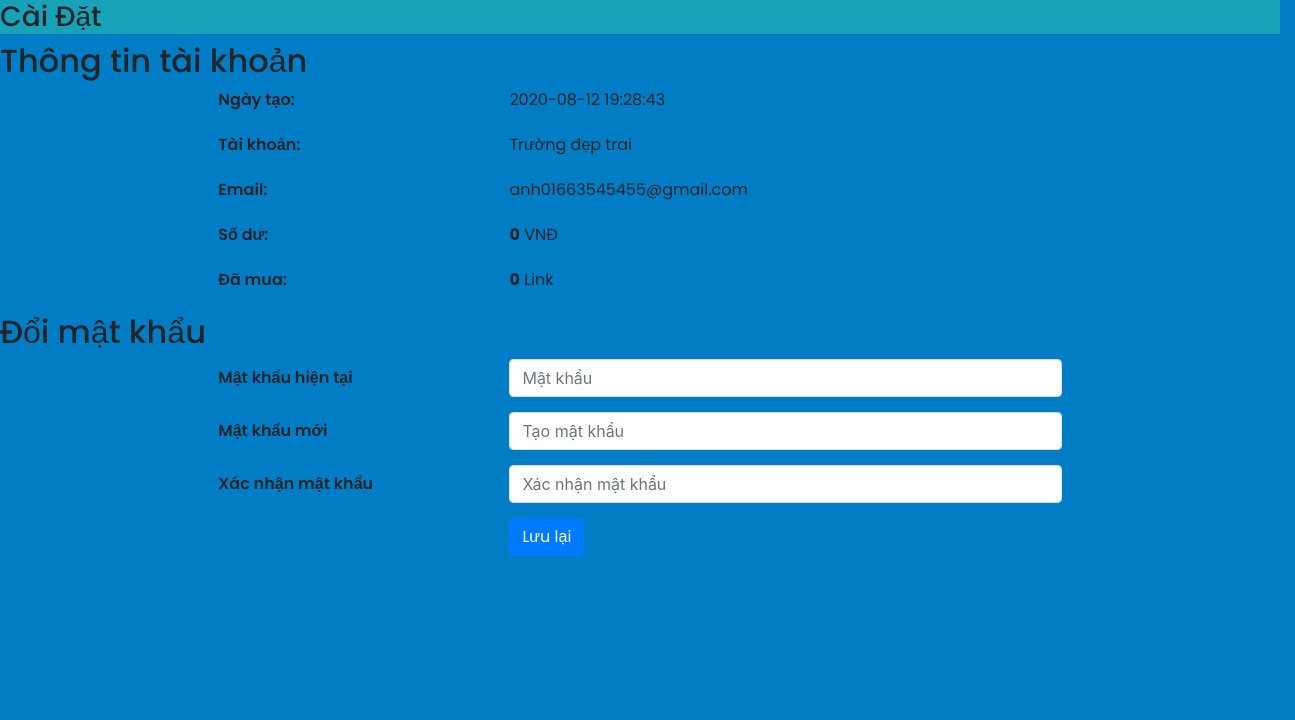
Repository: Chuong1928/Java_Web
Page: http://localhost/test1/profile.jsp
The author's editor kept a copy of each file at every save. The page is drawn from the files as they stood at one save, then again after the next save.
The browser window is 1280 px wide. The page is 1295 px wide, then 1280 px, so the pictures cover 1295 px, including what lies to the right of the window. The pictures show the whole page.
The page is served by Tomcat 9. Other server files are loaded and not shown.

Above is the page before, as saved 2020-11-18 16:36:56.

### test1/WebContent/profile.jsp
<%@page import="java.util.Random"%>
<%@page import="bo.Giohangbo"%>
<%@page import="bean.loaibean"%>
<%@page import="bo.loaibo"%>
<%@page import="bean.sachbean"%>
<%@page import="java.util.ArrayList"%>
<%@page import="bo.sachbo"%>
<%@ page language="java" contentType="text/html; charset=UTF-8"
    pageEncoding="UTF-8"%>
<!DOCTYPE html>
<html>
<head>
    <meta charset="utf-8">
    <meta name="viewport" content="width=device-width, initial-scale=1.0">
    <meta http-equiv="X-UA-Compatible" content="IE=edge">
      <title>MinhKhai Búc</title>
  <meta charset="utf-8">
  <meta name="viewport" content="width=device-width, initial-scale=1">
  <!-- Import Boostrap css, js, font awesome here -->
   <link rel="stylesheet" href="https://cdnjs.cloudflare.com/ajax/libs/twitter-bootstrap/4.1.3/css/bootstrap.min.css">
    <link rel="stylesheet" href="https://cdnjs.cloudflare.com/ajax/libs/font-awesome/4.7.0/css/font-awesome.min.css">
<script src="https://ajax.googleapis.com/ajax/libs/jquery/3.4.1/jquery.min.js"></script>
    <!-- Bootstrap JS -->
    <link href="https://fonts.googleapis.com/css2?family=Lato:wght@300&display=swap" rel="stylesheet">
  <link href="vendor/fontawesome-free/css/all.min.css" rel="stylesheet" type="text/css">
    <link href="./css/home1.css" rel="stylesheet">
<script type="text/javascript" src="./js/script.js"></script>
 <link rel="stylesheet" href="https://maxcdn.bootstrapcdn.com/bootstrap/4.3.1/css/bootstrap.min.css">
 <link href="https://cdnjs.cloudflare.com/ajax/libs/simple-line-icons/2.4.1/css/simple-line-icons.min.css" rel="stylesheet">
  <link rel="stylesheet" href="./css/home3.css">
   <link rel="stylesheet" href="css/minhkhai_style.css">
    <link rel="stylesheet" href="css/login.css">
     <link rel="stylesheet" href="css/login.css">
</head>
<body>
 <div class="block block-rounded block-themed block-fx-pop profile">
                    <div class="block-header bg-info">
                        <h3 class="block-title">Cài Đặt</h3>
                        <div class="block-options">

                        </div>
                    </div>
                    <div class="block-content">

                        <h2 class="content-heading">Thông tin tài khoản</h2>
                            <div class="row">
                                <div class="offset-2 col-lg-8">
                                    <div class="form-group row">
                                        <label class="col-sm-4">Ngày tạo:</label>
                                        <div class="col-sm-8">
                                            <span>2020-08-12 19:28:43</span>
                                        </div>
                                    </div>
                                    <div class="form-group row">
                                        <label class="col-sm-4">Tài khoản:</label>
                                        <div class="col-sm-8">
                                            <span>Trường đẹp trai</span>
                                        </div>
                                    </div>
                                    <div class="form-group row">
                                        <label class="col-sm-4">Email:</label>
                                        <div class="col-sm-8">
                                            <span>anh01663545455@gmail.com</span>
                                        </div>
                                    </div>
                                    <div class="form-group row">
                                        <label class="col-sm-4">Số dư:</label>
                                        <div class="col-sm-8">
                                            <span><strong>0</strong> VNĐ</span>
                                        </div>
                                    </div>
                                    <div class="form-group row">
                                        <label class="col-sm-4">Đã mua:</label>
                                        <div class="col-sm-8">
                                            <span><strong>0</strong> Link</span>
                                        </div>
                                    </div>
                                </div>
                            </div>

                        <h2 class="content-heading">Đổi mật khẩu</h2>
                            <div class="row">
                                <div class="offset-2 col-lg-8">
                                    <form class="mb-5" action="https://muabanfb24h.com/doi-mat-khau" method="POST">
                                        <input type="hidden" name="_token" value="GcaCQh1727dNSpEjws8mQzGmKeDOwqsdELOK1Hnq">                                        <div class="form-group row">
                                            <label class="col-sm-4 col-form-label">Mật khẩu hiện tại</label>
                                            <div class="col-sm-8">
                                                <input type="password" class="form-control " name="current_password" placeholder="Mật khẩu">
                                              </div>
                                        </div>
                                        <div class="form-group row">
                                            <label class="col-sm-4 col-form-label">Mật khẩu mới</label>
                                            <div class="col-sm-8">
                                                <input type="password" class="form-control " name="password" placeholder="Tạo mật khẩu">
                                               </div>
                                        </div>
                                        <div class="form-group row">
                                            <label class="col-sm-4 col-form-label">Xác nhận mật khẩu</label>
                                            <div class="col-sm-8">
                                                <input type="password" class="form-control " name="password_confirmation" placeholder="Xác nhận mật khẩu">
                                              </div>
                                        </div>
                                        <div class="form-group row">
                                            <div class="col-sm-8 ml-auto">
                                                <button type="submit" class="btn btn-primary">Lưu lại</button>
                                            </div>
                                        </div>
                                    </form>
                                </div>
                            </div>
                    </div>
                </div>
</body>
</html>

### test1/WebContent/css/home1.css
body {
	    margin: 0;
    overflow-x: hidden;
    font-size: 14px;
    font-weight: 300;
  font-family: "Lato", sans-serif;
  background-color: #007dc4 !important;
}
.main{
    margin-top: 10px;
    background-color: #fff;
    border-radius: 10px;
}
/* Remove unde
a:hover {
  text-decoration: none;
}
/* Remove Bootstrap button outline */
button .focus,
a .focus {
  outline: 0;
  -webkit-box-shadow: none !important;
  box-shadow: none !important;
}
button:focus,
a:focus {
  outline: 0;
  -webkit-box-shadow: none !important;
  box-shadow: none !important;
}

*, *::after, *::before {
  box-sizing: border-box;
}
.nav-open main {
  transform: scale(.8);
}



h1 {
  display: table-cell;
  vertical-align: middle;
  text-align: center;
  font-size: 45px;
  color: white;
}

body {
  text-align: center;

}

.button {
  display: inline-block;
  background: #4285f4;
  color: #fff;
  text-transform: uppercase;
  padding: 20px 30px;
  border-radius: 5px;
  box-shadow: 0px 17px 10px -10px rgba(0, 0, 0, 0.4);
  cursor: pointer;
  -webkit-transition: all ease-in-out 300ms;
  transition: all ease-in-out 300ms;
}
.button:hover {
  box-shadow: 0px 37px 20px -20px rgba(0, 0, 0, 0.2);
  -webkit-transform: translate(0px, -10px) scale(1.2);
          transform: translate(0px, -10px) scale(1.2);
}
@media only screen and (max-width: 480px){
		.digits{
				height: 12%;
		}
		.anime_2020{

		}
		.digit{
			width: 40px;
		}
		.card{
			display: none;
		}



		.content{
			    left: 5px;
			    position: relative;
			    top: 0px;
		}
		.w3-dropdown-click{

		}
		.colors {
		display: none;
		}
		#jquery-accordion-menu{
		/*	position: relative;
    top: -215px;*/
		}
}
@media only screen and (max-width: 768px){



		.menu_main{
			display: none;
		}
		.card{
			display: none;
		}
		.content {
		    width: 260px;
		     margin: 0 !important;
		}

}

@media (min-width: 768px) and (max-width: 1024px) {
		.menu_main{
			padding: 0;
			margin: 0;
		}


		.card{
			display: none;
		}
		.mynavbar{
				display: none;
			}
		.menu_main{
			overflow: scroll;
    display: block;
		}
		.content {
		    width: 260px;
		    margin: 0 !important;
		}
		.main{

		}
		.digits{

		}
		.digit{
			width: 40px;
		}
		.anime_2020{
		position: relative;
   	 left: 115px;
		}

}
@media only screen and (min-width: 1024px){
	.menu_main{
			padding: 0;
			margin: 0;
		}
	.mynavbar{
		display: none;
	}
	.card{
			display: none;
		}

}
.w3-section a{
	    line-height: 50px;
    display: block;
}
.prf :hover {
	  background-color: yellow;
    outline-width: 0;
    border-radius: 25px;
}

.card-body{
	padding: 0;
}
.w3-dropdown-click:hover {
   background-color: #343a40 !important;
}
.title_m {
    position: relative;
    left: -17%;
    color: aliceblue;
    /* top: 23%; */
    top: 6px;
}

### test1/WebContent/css/login.css
.login_form_wrapper {
    float: left;
    width: 100%;
    background-color: grey
}

.login_wrapper {
    padding-bottom: 20px;
    margin-bottom: 20px;
    border-bottom: 1px solid #e4e4e4;
    float: left;
    width: 100%;
    background: #fff;
    padding: 50px
}

.login_wrapper a.btn {
    color: #fff;
    width: 100%;
    height: 50px;
    padding: 6px 25px;
    line-height: 36px;
    margin-bottom: 20px;
    text-align: left;
    border-radius: 5px;
    background: #4385f5;
    font-size: 13px;
    border: 1px solid #4385f5
}

.login_wrapper a i {
    float: right;
    margin: 0;
    line-height: 35px
}

.login_wrapper a.google-plus {
    background: #db4c3e;
    border: 1px solid #db4c3e
}

.login_wrapper h2 {
    font-size: 18px;
    font-weight: 500;
    margin-bottom: 20px;
    color: #111;
    line-height: 20px;
    text-transform: uppercase;
    text-align: center;
    position: relative
}

.login_wrapper .formsix-pos,
.formsix-e {
    position: relative
}

.form-group {
    margin-bottom: 15px
}

.login_wrapper .form-control {
    height: 53px;
    padding: 15px 20px;
    font-size: 14px;
    line-height: 24px;
    border: 1px solid #fafafa;
    border-radius: 3px;
    box-shadow: none;
    font-family: 'Roboto';
    -webkit-transition: all 0.3s ease 0s;
    -moz-transition: all 0.3s ease 0s;
    -o-transition: all 0.3s ease 0s;
    transition: all 0.3s ease 0s;
    background-color: #fafafa
}

.login_wrapper .form-control:focus {
    color: #999;
    background-color: fafafa;
    border: 1px solid #4285f4 !important
}

.login_remember_box {
    margin-top: 30px;
    margin-bottom: 30px;
    color: #999
}

.login_remember_box .control {
    position: relative;
    padding-left: 20px;
    cursor: pointer;
    font-size: 12px;
    font-weight: 500;
    margin: 0
}

.login_remember_box .control input {
    position: absolute;
    z-index: -1;
    opacity: 0
}

.login_remember_box .control__indicator {
    position: absolute;
    top: 0;
    left: 0;
    width: 15px;
    height: 15px;
    background: #fff;
    border: 1px solid #999
}

.login_remember_box .forget_password {
    float: right;
    color: #db4c3e;
    line-height: 12px;
    text-decoration: underline
}

.login_btn_wrapper {
    padding-bottom: 20px;
    margin-bottom: 30px;
    border-bottom: 1px solid #e4e4e4
}

.login_btn_wrapper a.login_btn {
    text-align: center;
    text-transform: uppercase
}

.login_message p {
    text-align: center;
    font-size: 16px;
    margin: 0
}

p {
    color: #999999;
    font-size: 14px;
    line-height: 24px
}

.login_wrapper a.login_btn:hover {
    background-color: #2c6ad4;
    border-color: #2c6ad4
}

.login_wrapper a.btn:hover {
    background-color: #2c6ad4;
    border-color: #2c6ad4
}

.login_wrapper a.google-plus:hover {
    background: #bd4033;
    border-color: #bd4033
}

.registration-form{
	padding: 50px 0;
}

.registration-form form{
    background-color: #fff;
    max-width: 600px;
    margin: auto;
    padding: 50px 70px;
    border-top-left-radius: 30px;
    border-top-right-radius: 30px;
    box-shadow: 0px 2px 10px rgba(0, 0, 0, 0.075);
}

.registration-form .form-icon{
	text-align: center;
    background-color: #5891ff;
    border-radius: 50%;
    font-size: 40px;
    color: white;
    width: 100px;
    height: 100px;
    margin: auto;
    margin-bottom: 50px;
    line-height: 100px;
}

.registration-form .item{
	border-radius: 20px;
    margin-bottom: 25px;
    padding: 10px 20px;
}

.registration-form .create-account{
    border-radius: 30px;
    padding: 10px 20px;
    font-size: 18px;
    font-weight: bold;
    background-color: #5791ff;
    border: none;
    color: white;
    margin-top: 20px;
}

.registration-form .social-media{
    max-width: 600px;
    background-color: #fff;
    margin: auto;
    padding: 35px 0;
    text-align: center;
    border-bottom-left-radius: 30px;
    border-bottom-right-radius: 30px;
    color: #9fadca;
    border-top: 1px solid #dee9ff;
    box-shadow: 0px 2px 10px rgba(0, 0, 0, 0.075);
}

.registration-form .social-icons{
    margin-top: 30px;
    margin-bottom: 16px;
}

.registration-form .social-icons a{
    font-size: 23px;
    margin: 0 3px;
    color: #5691ff;
    border: 1px solid;
    border-radius: 50%;
    width: 45px;
    display: inline-block;
    height: 45px;
    text-align: center;
    background-color: #fff;
    line-height: 45px;
}

.registration-form .social-icons a:hover{
    text-decoration: none;
    opacity: 0.6;
}

@media (max-width: 576px) {
    .registration-form form{
        padding: 50px 20px;
    }

    .registration-form .form-icon{
        width: 70px;
        height: 70px;
        font-size: 30px;
        line-height: 70px;
    }
}

### test1/WebContent/css/profile.css
/*.profile{
	display: none;
}*/
.block.block-fx-pop {
    box-shadow: 0 0.5rem 2rem #d8dfed;
    opacity: 1;
}
.block.block-rounded {
    border-radius: .25rem;

}
@media (min-width: 768px)
.content .block, .content .items-push>div, .content .push, .content p {
    margin-bottom: 1rem;
}
.content .block, .content .items-push>div, .content .push, .content p {
    margin-bottom: .875rem;
}
.block {
    margin-bottom: 1rem;
    background-color: #fff;
    box-shadow: 0 2px 6px rgba(230,235,244,.4);
}
.block.block-themed>.block-header {
    border-bottom: none;
    color: #fff;
    background-color: #0665d0;
}
.block.block-rounded>.block-header, .block.block-rounded>.nav-tabs {
    border-top-left-radius: .2rem;
    border-top-right-radius: .2rem;
}
.block-header {
    display: -webkit-box;
    display: flex;
    -webkit-box-orient: horizontal;
    -webkit-box-direction: normal;
    flex-direction: row;
    -webkit-box-pack: justify;
    justify-content: space-between;
    -webkit-box-align: center;
    align-items: center;
    padding: .75rem 1.25rem;
    -webkit-transition: opacity .25s ease-out;
    transition: opacity .25s ease-out;
}
.bg-info {
    background-color: #3c90df!important;
}
.block.block-themed>.block-header>.block-title {
    color: hsla(0,0%,100%,.9);
}
.block-title {
    -webkit-box-flex: 1;
    flex: 1 1 auto;
    min-height: 1.75rem;
    margin: 0;
    font-size: 1.125rem;
    font-weight: 400;
    line-height: 1.75;
}
.block.block-rounded>.block-content:last-child {
    border-bottom-right-radius: .2rem;
    border-bottom-left-radius: .2rem;
}
.block-content {
    -webkit-transition: opacity .25s ease-out;
    transition: opacity .25s ease-out;
    width: 100%;
    margin: 0 auto;
    padding: 1.25rem 1.25rem 1px;
    overflow-x: visible;
}
#main-container {
    -webkit-box-orient: vertical;
    -webkit-box-direction: normal;
    flex-direction: column;
    -webkit-box-flex: 1;
    flex: 1 0 auto;
    max-width: 100%;
}
#page-container {
    display: -webkit-box;
    display: flex;
    -webkit-box-orient: vertical;
    -webkit-box-direction: normal;
    flex-direction: column;
    margin: 0 auto;
    width: 100%;
    height: 100%;
    min-width: 320px;
}
.block-content>.content-heading:first-child, .content>.content-heading:first-child {
    padding-top: 0!important;
}
@media (min-width: 768px)
.content-heading {
    margin-bottom: 1rem;
    padding-top: 1.5rem;
}
.content-heading {
    margin-bottom: .875rem;
    padding-top: 1rem;
    padding-bottom: .5rem;
    font-size: 1.25rem;
    font-weight: 400;
    line-height: 1.75;
    border-bottom: 1px solid #e6ebf4;
}
.offset-2 {
    margin-left: 16.6666666667%;
}
.form-group {
    margin-bottom: 1rem;
}
@media (min-width: 576px)
.col-sm-8 {
    -webkit-box-flex: 0;
    flex: 0 0 66.6666666667%;
    max-width: 66.6666666667%;
}
@media (min-width: 768px)
.content-heading {
    margin-bottom: 1rem;
    padding-top: 1.5rem;
}
.content-heading {
    margin-bottom: .875rem;
    padding-top: 1rem;
    padding-bottom: .5rem;
    font-size: 1.25rem;
    font-weight: 400;
    line-height: 1.75;
    border-bottom: 1px solid #e6ebf4;
}
button, input {
    overflow: visible;
}
button, input, optgroup, select, textarea {
    margin: 0;
    font-family: inherit;
    font-size: inherit;
    line-height: inherit;
}
.col-form-label {
    padding-top: calc(.375rem + 1px);
    padding-bottom: calc(.375rem + 1px);
    margin-bottom: 0;
    font-size: inherit;
    line-height: 1.5;
}
.form-control {
    font-family: Nunito Sans,-apple-system,BlinkMacSystemFont,Segoe UI,Roboto,Helvetica Neue,Arial,Noto Sans,sans-serif,Apple Color Emoji,Segoe UI Emoji,Segoe UI Symbol,Noto Color Emoji;
}
@media (prefers-reduced-motion: reduce)
.form-control {
    -webkit-transition: none;
    transition: none;
}
.form-control {
    display: block;
    width: 100%;
    height: calc(1.5em + .75rem + 2px);
    padding: .375rem .75rem;
    font-size: 1rem;
    font-weight: 400;
    line-height: 1.5;
    color: #495057;
    background-color: #fff;
    background-clip: padding-box;
    border: 1px solid #d8dfed;
    border-radius: .25rem;
    -webkit-transition: border-color .15s ease-in-out,box-shadow .15s ease-in-out;
    transition: border-color .15s ease-in-out,box-shadow .15s ease-in-out;
}
.col-form-label {
    padding-top: calc(.375rem + 1px);
    padding-bottom: calc(.375rem + 1px);
    margin-bottom: 0;
    font-size: inherit;
    line-height: 1.5;
}
[type=button]:not(:disabled), [type=reset]:not(:disabled), [type=submit]:not(:disabled), button:not(:disabled) {
    cursor: pointer;
}
.btn {
    font-family: Nunito Sans,-apple-system,BlinkMacSystemFont,Segoe UI,Roboto,Helvetica Neue,Arial,Noto Sans,sans-serif,Apple Color Emoji,Segoe UI Emoji,Segoe UI Symbol,Noto Color Emoji;
}
.btn-primary {
    color: #fff;
    background-color: #0665d0;
    border-color: #0665d0;
}
@media (prefers-reduced-motion: reduce)
.btn {
    -webkit-transition: none;
    transition: none;
}
.btn {
    display: inline-block;
    font-weight: 600;
    color: #495057;
    text-align: center;
    vertical-align: middle;
    -webkit-user-select: none;
    -moz-user-select: none;
    -ms-user-select: none;
    user-select: none;
    background-color: transparent;
    border: 1px solid transparent;
    padding: .375rem .75rem;
    font-size: 1rem;
    line-height: 1.5;
    border-radius: .25rem;
    -webkit-transition: color .15s ease-in-out,background-color .15s ease-in-out,border-color .15s ease-in-out,box-shadow .15s ease-in-out;
    transition: color .15s ease-in-out,background-color .15s ease-in-out,border-color .15s ease-in-out,box-shadow .15s ease-in-out;
}

Loaded but not shown: test1/WebContent/css/home3.css (491 lines, source omitted); test1/WebContent/css/minhkhai_style.css (332 lines, source omitted); test1/test1/js/script.js (no stored copy; drawn as an empty file)

After the next save:
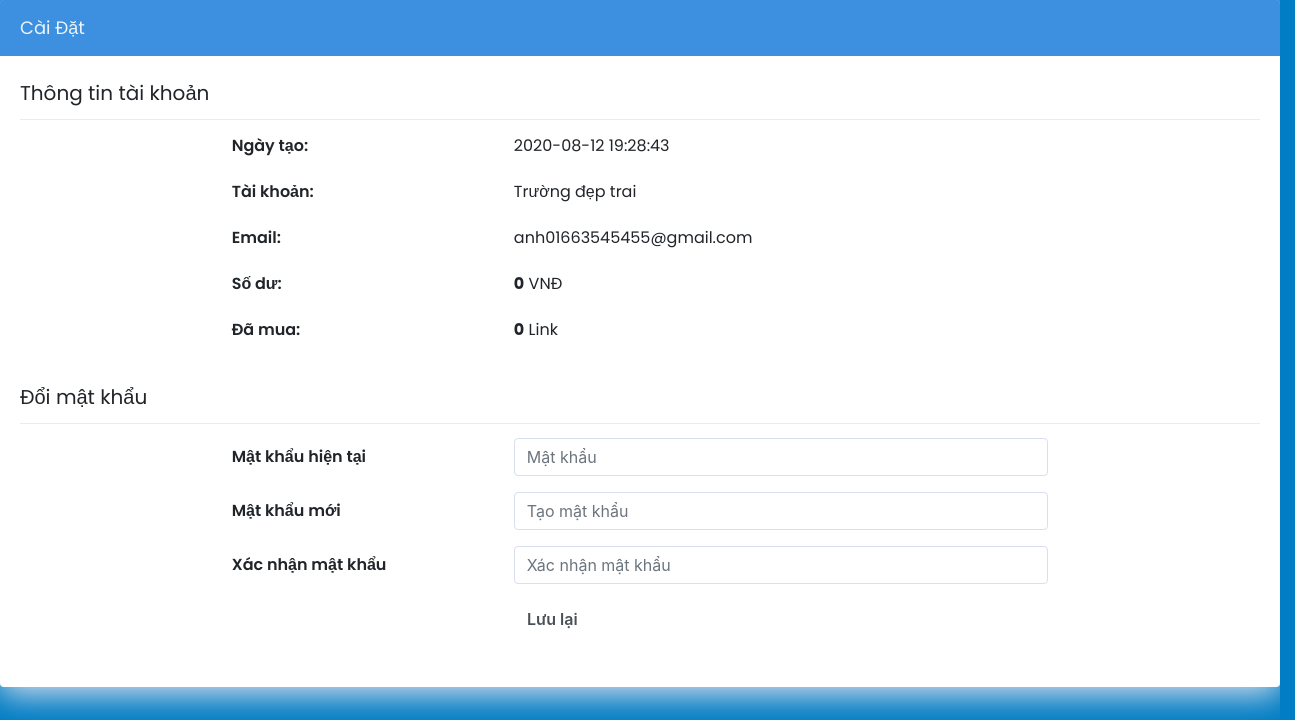
Saved 7 s later.
--- a/test1/WebContent/profile.jsp
+++ b/test1/WebContent/profile.jsp
@@ -30,7 +30,7 @@
   <link rel="stylesheet" href="./css/home3.css">
    <link rel="stylesheet" href="css/minhkhai_style.css">
     <link rel="stylesheet" href="css/login.css">
-     <link rel="stylesheet" href="css/login.css">
+     <link rel="stylesheet" href="css/profile.css">
 </head>
 <body>
  <div class="block block-rounded block-themed block-fx-pop profile">
